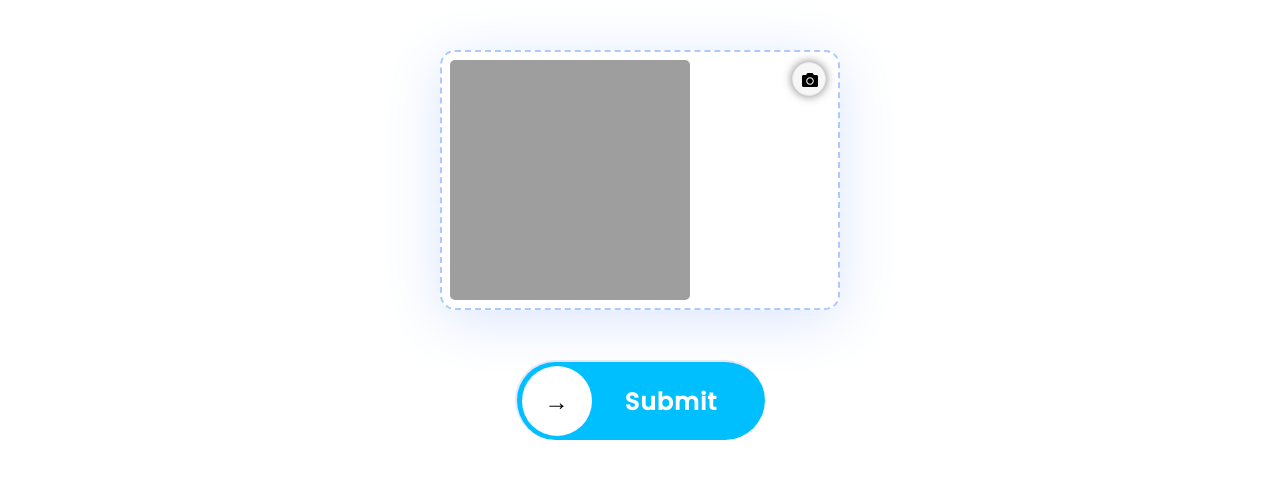
Repository: ThuongDuy/Phan_loai_anh
Page: hcsdlpt/index.html
An editor plug-in stored every save of this project. The page is shown before and after the next save, followed by the edit.
The browser window is 1280 px wide. The pictures show the whole page.
Pictures or frames that could not be fetched are drawn as grey boxes.

Above is the page before, as saved 2023-06-02 00:34:41.

### hcsdlpt/index.html
<!DOCTYPE html>
<html lang="en">

<head>
    <meta charset="UTF-8">
    <meta http-equiv="X-UA-Compatible" content="IE=edge">
    <meta name="viewport" content="width=device-width, initial-scale=1.0">
    <title>Document</title>
    <link rel="stylesheet" href="https://fonts.googleapis.com/css2?family=Poppins:wght@300;400;500&amp;display=swap">
    <link rel="stylesheet" href="https://unpkg.com/boxicons@2.0.7/css/boxicons.min.css">
    <link rel="stylesheet" href="./main.css">
</head>

<body>
    <div class="avatar-upload">
        <div class="avatar-edit">
            <input type="file" id="imageUpload" accept=".png, .jpg, .jpeg" class="txt-file">
            <label for="imageUpload" class="label-upload">
                <i id="camera" class="fas fa-camera"></i>
            </label>
        </div>

        <div class="avatar-preview">
            <div id="imagePreview" style="background-image: url('upload.png');"></div>
        </div>
    </div>

    <button class="btn">Submit<span>&#8594;</span></button>

    <link rel="stylesheet" href="https://cdnjs.cloudflare.com/ajax/libs/font-awesome/5.15.2/css/all.min.css"
        integrity="sha512-HK5fgLBL+xu6dm/Ii3z4xhlSUyZgTT9tuc/hSrtw6uzJOvgRr2a9jyxxT1ely+B+xFAmJKVSTbpM/CuL7qxO8w=="
        crossorigin="anonymous" />

    <script src="https://cdnjs.cloudflare.com/ajax/libs/jquery/3.7.0/jquery.min.js"
        integrity="sha512-3gJwYpMe3QewGELv8k/BX9vcqhryRdzRMxVfq6ngyWXwo03GFEzjsUm8Q7RZcHPHksttq7/GFoxjCVUjkjvPdw=="
        crossorigin="anonymous" referrerpolicy="no-referrer"></script>
    <script src="./scripts.js"></script>
</body>

</html>

### hcsdlpt/main.css
.avatar-upload {
    /* position: relative;
    max-width: 400px;
    margin: 50px auto; */
    position: relative;
    max-width: 400px;
    border-radius: 15px;
    border: 2px dashed rgb(171, 202, 255);
    margin: 50px auto;
    box-shadow: 0 10px 60px rgb(218, 229, 255);
}

.avatar-edit {
    position: absolute;
    right: 12px;
    top: 10px;
    z-index: 1;
}

#camera {
    position: absolute;
    top: 10px;
    left: 10px;
}

.txt-file {
    display: none;
}

.label-upload {
    display: inline-block;
    width: 34px;
    height: 34px;
    background: #f7f7f7;
    margin-bottom: 0;
    border-radius: 100%;
    border: 1px solid #e5e5e5;
    box-shadow: 0 0 10px rgba(0, 0, 0, 0.5);
    cursor: pointer;
    transition: .3s ease;
}

.label-upload:hover {
    background: #e5e5e5;
}

.avatar-preview {
    width: 256px;
    height: 256px;
    position: relative;
    border-radius: 5px;
    padding: 8px;
    /* border: 1px solid #e5e5e5; */
}

.avatar-preview>div {
    width: 100%;
    height: 100%;
    border-radius: 5px;
    background-size: cover;
    background-repeat: no-repeat;
    background-position: center;
}

* {
    margin: 0;
    padding: 0;
    box-sizing: border-box;
    font-family: Poppins;
}

button {
    border: none;
    outline: none;
}

.btn {
    position: relative;
    width: 250px;
    height: 80px;
    display: grid;
    place-items: center;
    background: #00bfff;
    color: #fff;
    border-radius: 80px;
    font-size: 1.5rem;
    font-weight: 700;
    letter-spacing: 1px;
    text-decoration: none;
    border-top: 2px solid #e6e6fa;
    border-left: 2px solid #e6e6fa;
    padding-left: 60px;
    overflow: hidden;
    transition: 0.5s ease-in-out;
    margin: auto;
}

.btn:hover {
    padding-left: 0;
    padding-right: 60px;
    color: #fff;
}

.btn span {
    position: absolute;
    display: grid;
    place-items: center;
    left: 5px;
    width: 70px;
    height: 70px;
    background: #fff;
    color: #000;
    border-radius: 50%;
    font-size: 1.5rem;
    font-weight: 900;
    transition: 0.5s cubic-bezier(0.4, 0, 1, 1);
}

.btn:hover span {
    left: calc(100% - 76px);
}

.btn::after {
    position: absolute;
    content: "";
    width: 80px;
    height: 100%;
    z-index: 1;
    background: rgba(255, 255, 255, 0.5);
    transform: translateX(-175px) skew(25deg);
    transition: 0.75s ease-in-out;
}

.btn:hover::after {
    transform: translateX(175px) skew(25deg);
}

### hcsdlpt/scripts.js
function readURL(input) {
    if (input.files && input.files[0]) {
        var reader = new FileReader();
        reader.onload = function (e) {
            $('#imagePreview').css('background-image', 'url(' + e.target.result + ')');
            $('#imagePreview').hide();
            $('#imagePreview').fadeIn(650);
        }
        reader.readAsDataURL(input.files[0]);
    }
}
$("#imageUpload").change(function () {
    readURL(this);
});

After the next save:
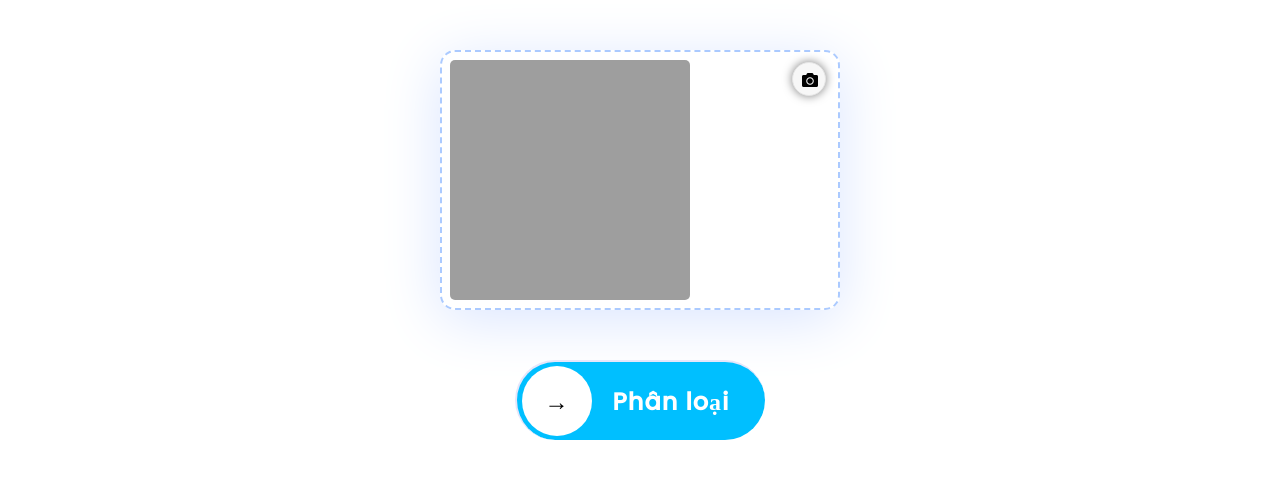
Saved 4 s later.
--- a/hcsdlpt/index.html
+++ b/hcsdlpt/index.html
@@ -25,7 +25,7 @@
         </div>
     </div>
 
-    <button class="btn">Submit<span>&#8594;</span></button>
+    <button class="btn">Phân loại<span>&#8594;</span></button>
 
     <link rel="stylesheet" href="https://cdnjs.cloudflare.com/ajax/libs/font-awesome/5.15.2/css/all.min.css"
         integrity="sha512-HK5fgLBL+xu6dm/Ii3z4xhlSUyZgTT9tuc/hSrtw6uzJOvgRr2a9jyxxT1ely+B+xFAmJKVSTbpM/CuL7qxO8w=="

After the save that followed:
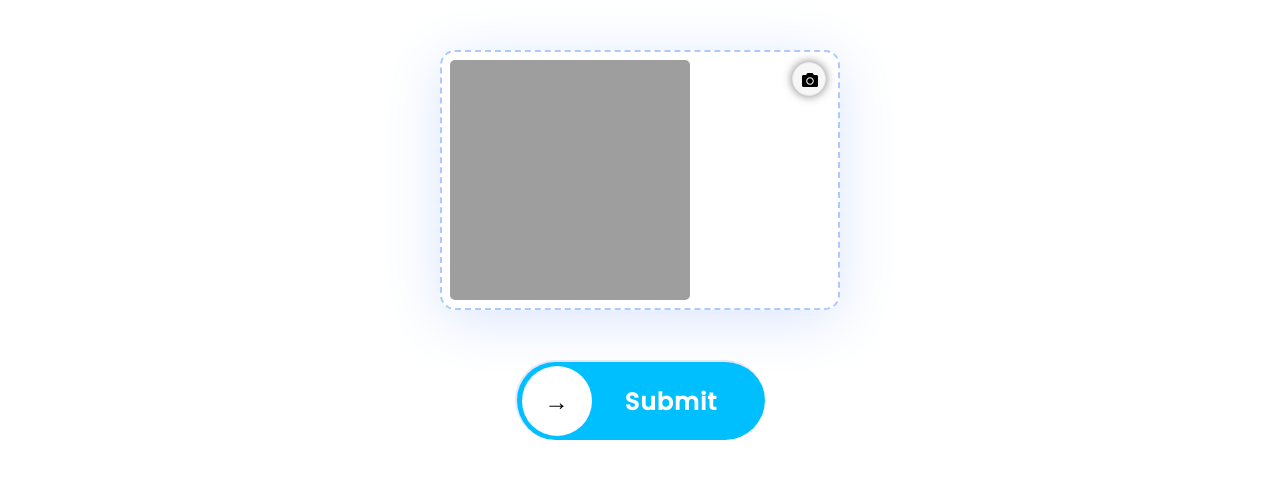
Saved 9 s later.
--- a/hcsdlpt/index.html
+++ b/hcsdlpt/index.html
@@ -25,7 +25,7 @@
         </div>
     </div>
 
-    <button class="btn">Phân loại<span>&#8594;</span></button>
+    <button class="btn">Submit<span>&#8594;</span></button>
 
     <link rel="stylesheet" href="https://cdnjs.cloudflare.com/ajax/libs/font-awesome/5.15.2/css/all.min.css"
         integrity="sha512-HK5fgLBL+xu6dm/Ii3z4xhlSUyZgTT9tuc/hSrtw6uzJOvgRr2a9jyxxT1ely+B+xFAmJKVSTbpM/CuL7qxO8w=="
